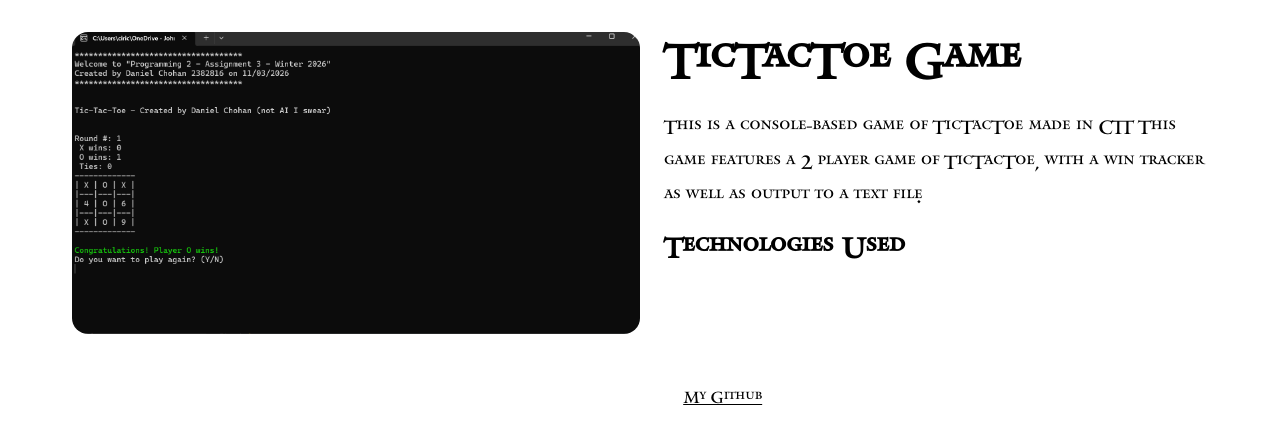
Repository: danielchohan/danielchohan
Page: pages/tictactoe.html
These files come from the project's save history. The page is drawn as it stood at one moment and after the next save; the edit follows.
The browser window is 1280 px wide. The pictures show the whole page.

Above is the page before, as saved 2026-05-08 19:37:56.

After the next save:
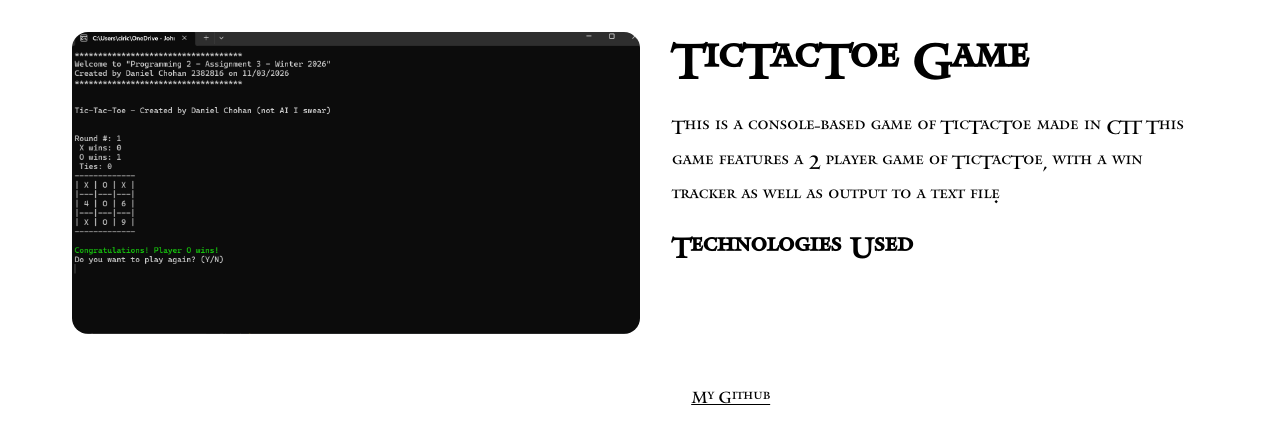
Saved 28 s later.
--- a/styles/projectcard.css
+++ b/styles/projectcard.css
@@ -21,8 +21,8 @@
     gap:1rem;
 }
 
-// https://developer.mozilla.org/en-US/docs/Web/CSS/Reference/Values/clamp
-// Researched to find this for font size and make it fluid
+/* https://developer.mozilla.org/en-US/docs/Web/CSS/Reference/Values/clamp
+Researched to find this for font size and make it fluid */
 .projectinfo h1{
     font-size:clamp(1.8rem, 4vw, 3rem);
     color:white;
@@ -61,7 +61,10 @@
 
 @media(min-width: 768px){
     .projectcard{
+        flex-direction:row;
+        alignt-items:flex-start;
         padding:2rem;
+        gap:2rem;
     }
     .projectinfo h1{
         font-size:2.5rem;
